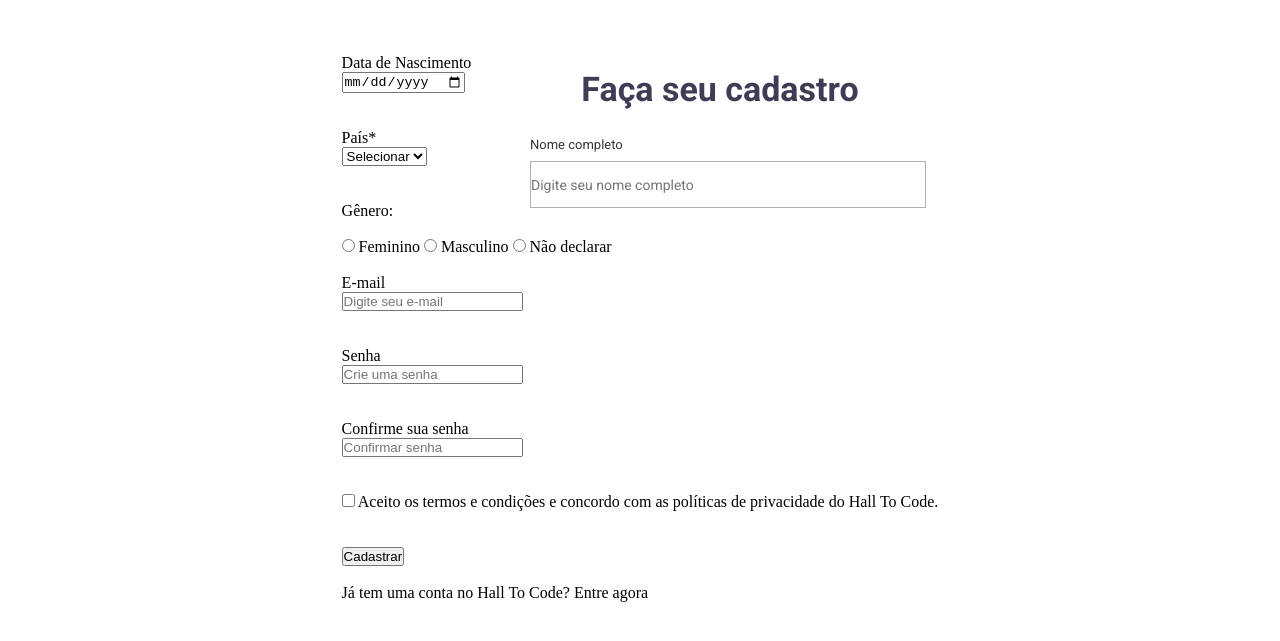
Repository: RenatoCCS/formularios
Page: cadastro.html
These files come from the project's save history. The page is drawn as it stood at one moment and after the next save; the edit follows.
The browser window is 1280 px wide. The pictures show the whole page.

Above is the page before, as saved 2023-03-22 20:48:15.

### cadastro.html
<!DOCTYPE html>
<html lang="pt-br">
  <head>
    <meta charset="UTF-8" />
    <meta http-equiv="X-UA-Compatible" content="IE=edge" />
    <meta name="viewport" content="width=device-width, initial-scale=1.0" />
    <link rel="stylesheet" href="style.css" />
    <title>Faça seu cadastro</title>
  </head>

  <body class="container">
    <form action="" class="form__Cadastro">
      <div class="form__Cadastro__Titulo">
        <h1>Faça seu cadastro</h1>
      </div>

      <div>
        <label class="cadastro__Titulo__Nome" for="name">Nome completo</label>
        <br />
        <input
          class="cadastro__Nome"
          id="name"
          type="text"
          name="name"
          placeholder="Digite seu nome completo"
        />
      </div>
      <br /><br />

      <div>
        <label for="date">Data de Nascimento</label>
        <br />
        <input id="date" type="date" name="date" placeholder="dd/mm/aaaa" />
      </div>
      <br /><br />

      <div>
        <label for="options__Cascading">País*</label><br />
        <select name="opções" id="options__Cascading ">
          <option>Selecionar</option>
          <option>Brasil</option>
          <option>Argentina</option>
          <option>Chile</option>
          <option>Uruguai</option>
        </select>
      </div>
      <br /><br />

      <section>
        <legend>Gênero:</legend>
        <br />
        <input id="option__Button__Feminino" type="radio" name="botão" />
        <label for="option__Button__Feminino">Feminino</label>

        <input id="option__Button__Masculino" type="radio" name="botão" />
        <label for="option__Button__Masculino">Masculino</label>

        <input id="option__Button__Naodeclarar" type="radio" name="botão" />
        <label for="option__Button__Naodeclarar">Não declarar</label>
      </section>
      <br />

      <div>
        <label for="email">E-mail</label>
        <br />
        <input
          id="email"
          type="email"
          name="email"
          placeholder="Digite seu e-mail"
        />
      </div>
      <br /><br />

      <div>
        <label for="password">Senha</label>
        <br />
        <input
          id="password"
          type="password"
          name="senha"
          placeholder="Crie uma senha"
        />
      </div>
      <br /><br />

      <div>
        <label for="confirm__Password">Confirme sua senha</label>
        <br />
        <input
          id="confirm__Password"
          type="password"
          name="confirmar__Senha"
          placeholder="Confirmar senha"
        />
      </div>
      <br /><br />

      <div>
        <input type="checkbox" name="termos" id="term" />
        <label for="term"
          >Aceito os termos e condições e concordo com as políticas de
          privacidade do Hall To Code.</label
        >
      </div>
      <br /><br />

      <button type="submit">Cadastrar</button>
      <br /><br />

      <p>Já tem uma conta no Hall To Code? Entre agora</p>
    </form>
  </body>
</html>

### style.css
@import url('https://fonts.googleapis.com/css2?family= Roboto :wght@400;700 & display=swap');

* {
  margin: 0;
  padding: 0;
}

:root {
  --primeira-cor: #3f3d56;
  --segunda-cor: #323730;
  --terceira-cor: #abb3a8;

  --fonte-primaria: 'Roboto', sans-serif;
}

.container {
  display: flex;
  justify-content: center;
}

.form__Cadastro__Titulo {
  position: absolute;
  width: 302px;
  height: 43px;
  left: 569px;
  top: 68px;
  color: var(--primeira-cor);
  font-family: var(--fonte-primaria);
  font-style: normal;
  font-weight: 700;
  font-size: 17px; /*o indicado é 37px, mas se manter quebra a linha*/
  line-height: 43px;
  text-align: center;
}

.cadastro__Titulo__Nome {
  position: absolute;
  width: 100px;
  height: 24px;
  left: 530px;
  top: 133px;
  color: var(--segunda-cor);
  font-family: var(--fonte-primaria);
  font-style: normal;
  font-weight: 400;
  font-size: 13px; /*o indicado é 14px, mas se manter quebra a linha*/
  line-height: 24px;
}

.cadastro__Nome {
  position: absolute;
  width: 163px;
  height: 24px;
  left: 14px;
  top: 34px;
  color: var(--terceira-cor);
  font-family: var(--fonte-primaria);
  font-style: normal;
  font-weight: 400;
  font-size: 14px; /*o indicado é 14px, mas se manter quebra a linha*/
  line-height: 24px;
}

.cadastro__Nome {
  color: var(--terceira-cor);
  box-sizing: border-box;
  border: solid 1px;
  width: 396px;
  height: 47px;
  left: 530px;
  top: 161px;
}

After the next save:
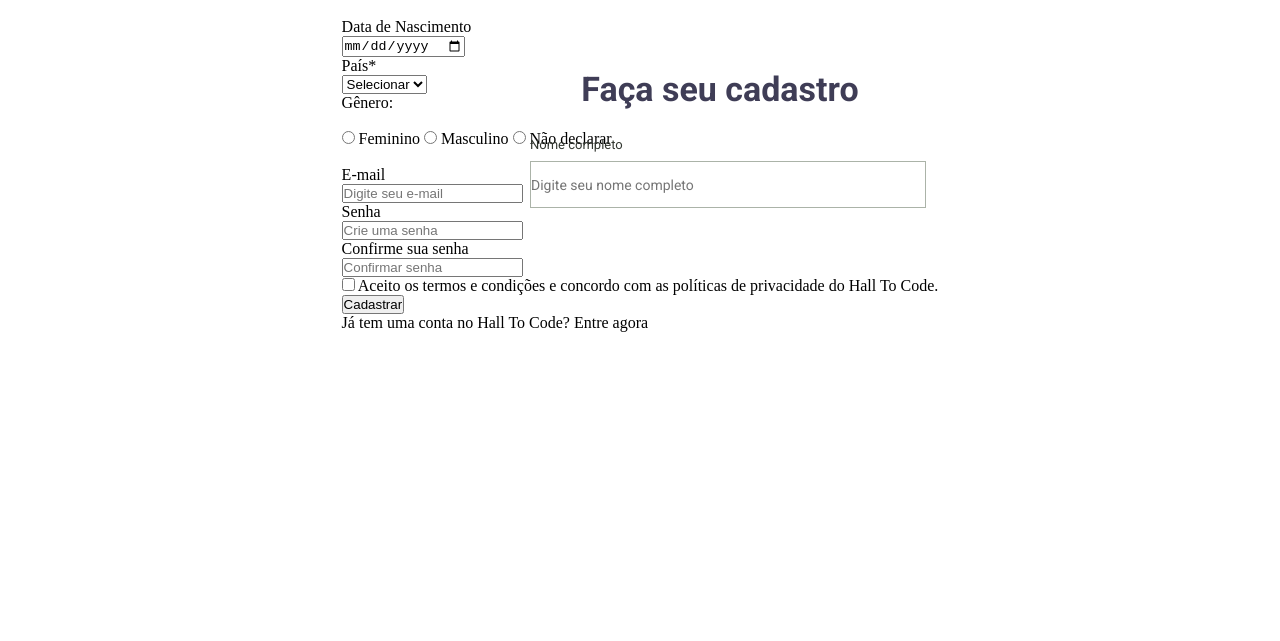
Saved 22 s later.
--- a/cadastro.html
+++ b/cadastro.html
@@ -25,14 +25,12 @@
           placeholder="Digite seu nome completo"
         />
       </div>
-      <br /><br />
 
       <div>
         <label for="date">Data de Nascimento</label>
         <br />
         <input id="date" type="date" name="date" placeholder="dd/mm/aaaa" />
       </div>
-      <br /><br />
 
       <div>
         <label for="options__Cascading">País*</label><br />
@@ -44,7 +42,6 @@
           <option>Uruguai</option>
         </select>
       </div>
-      <br /><br />
 
       <section>
         <legend>Gênero:</legend>
@@ -70,7 +67,6 @@
           placeholder="Digite seu e-mail"
         />
       </div>
-      <br /><br />
 
       <div>
         <label for="password">Senha</label>
@@ -82,7 +78,6 @@
           placeholder="Crie uma senha"
         />
       </div>
-      <br /><br />
 
       <div>
         <label for="confirm__Password">Confirme sua senha</label>
@@ -94,7 +89,6 @@
           placeholder="Confirmar senha"
         />
       </div>
-      <br /><br />
 
       <div>
         <input type="checkbox" name="termos" id="term" />
@@ -103,10 +97,8 @@
           privacidade do Hall To Code.</label
         >
       </div>
-      <br /><br />
 
       <button type="submit">Cadastrar</button>
-      <br /><br />
 
       <p>Já tem uma conta no Hall To Code? Entre agora</p>
     </form>

After the save that followed:
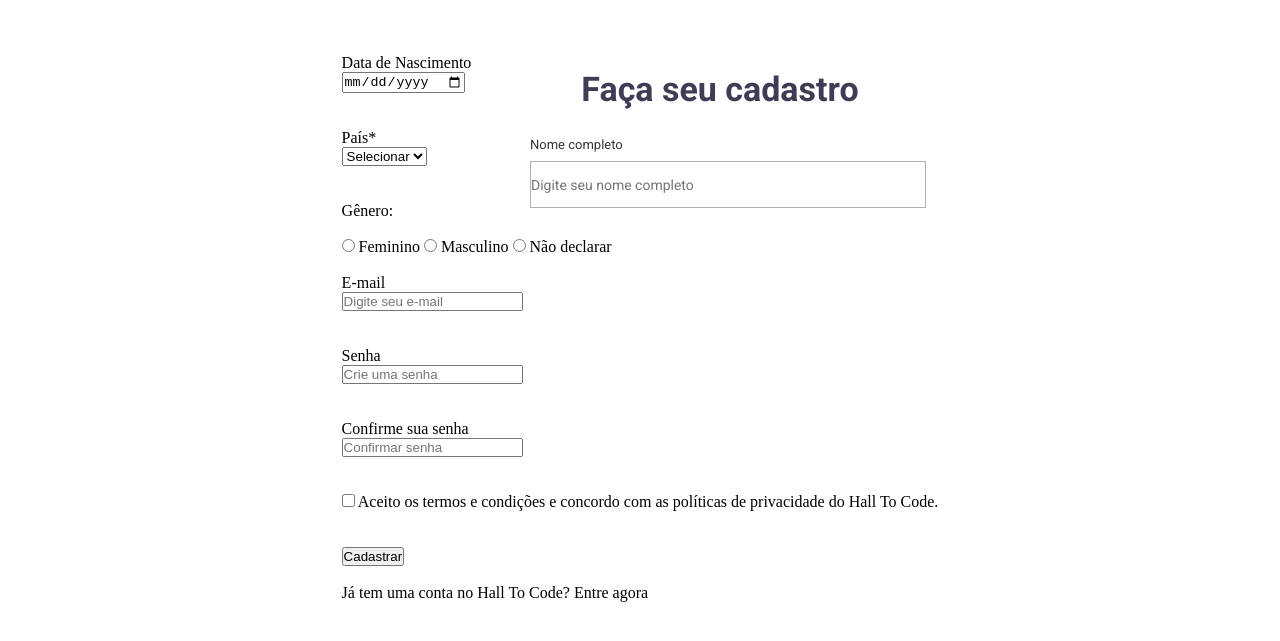
Saved 13 s later.
--- a/cadastro.html
+++ b/cadastro.html
@@ -25,12 +25,14 @@
           placeholder="Digite seu nome completo"
         />
       </div>
+      <br /><br />
 
       <div>
         <label for="date">Data de Nascimento</label>
         <br />
         <input id="date" type="date" name="date" placeholder="dd/mm/aaaa" />
       </div>
+      <br /><br />
 
       <div>
         <label for="options__Cascading">País*</label><br />
@@ -42,6 +44,7 @@
           <option>Uruguai</option>
         </select>
       </div>
+      <br /><br />
 
       <section>
         <legend>Gênero:</legend>
@@ -67,6 +70,7 @@
           placeholder="Digite seu e-mail"
         />
       </div>
+      <br /><br />
 
       <div>
         <label for="password">Senha</label>
@@ -78,6 +82,7 @@
           placeholder="Crie uma senha"
         />
       </div>
+      <br /><br />
 
       <div>
         <label for="confirm__Password">Confirme sua senha</label>
@@ -89,6 +94,7 @@
           placeholder="Confirmar senha"
         />
       </div>
+      <br /><br />
 
       <div>
         <input type="checkbox" name="termos" id="term" />
@@ -97,8 +103,10 @@
           privacidade do Hall To Code.</label
         >
       </div>
+      <br /><br />
 
       <button type="submit">Cadastrar</button>
+      <br /><br />
 
       <p>Já tem uma conta no Hall To Code? Entre agora</p>
     </form>
